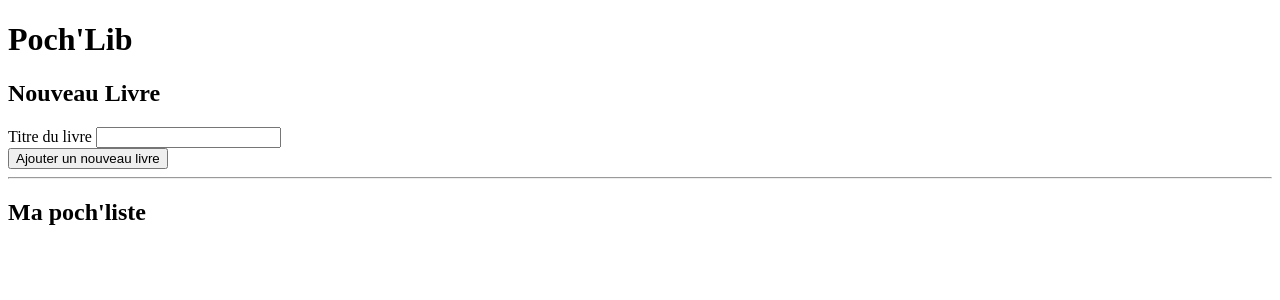
Repository: Cadigrace/pochlib
Page: index.html
An editor plug-in stored every save of this project. The page is shown before and after the next save, followed by the edit.
The browser window is 1280 px wide. The pictures show the whole page.
After loading, the first visible `#addButton` was clicked once.

Above is the page before, as saved 2023-03-11 09:50:32.

After the next save:
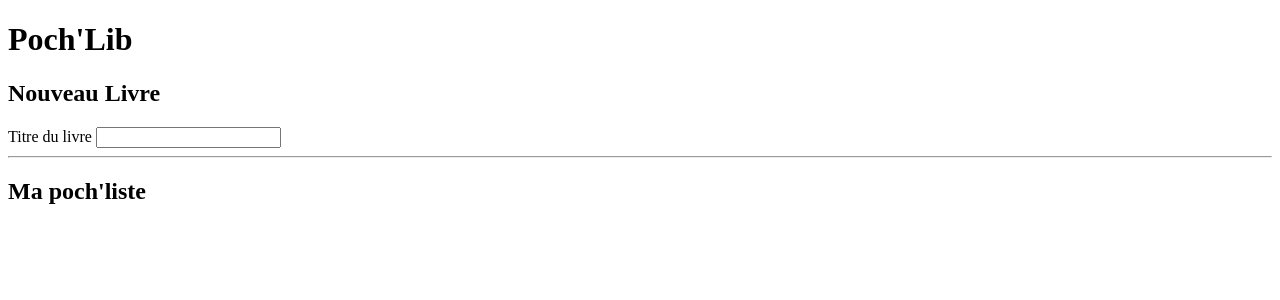
Saved 22 s later.
--- a/js/application.js
+++ b/js/application.js
@@ -8,6 +8,7 @@ function createAddButton() {
 }
 
 function showSearchForm() {
+  $('#addButton').hide();
   var form = $('\
     <div> \
       <label for="title">Titre du livre</label> \
